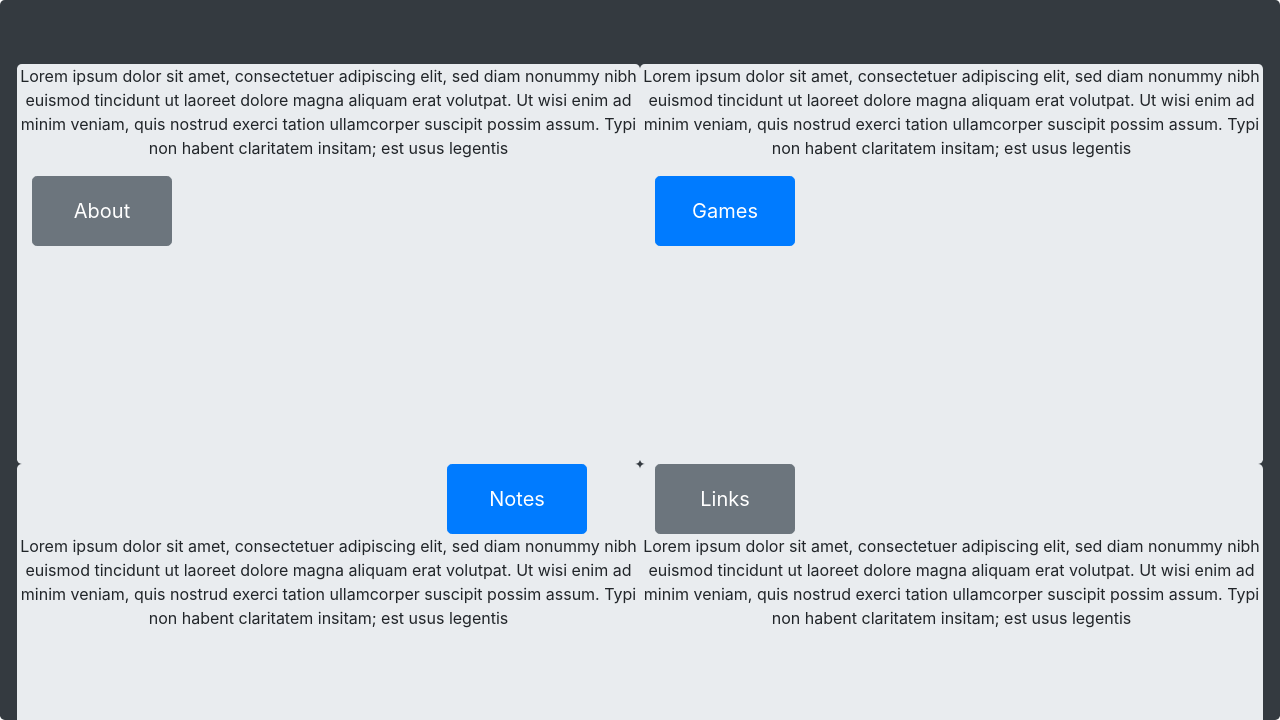
Repository: Kamicoda/Noteblock
Page: index.html
The author's editor kept a record of every edit. The page is drawn from the files as they stood at one moment, then again after the next edit.
The browser window is 1280 px wide. The pictures show the whole page.
Some web libraries are served in a nearby version.

Above is the page before.

### index.html
<!DOCTYPE html>
<html lang="en">

<head>
    <meta charset="UTF-8">
    <meta name="viewport" content="width=device-width, initial-scale=1.0">
    <meta http-equiv="X-UA-Compatible" content="ie=edge">
    <title>Document</title>

    <!--Jquery-->
    <script src="https://code.jquery.com/jquery-3.4.1.min.js" integrity="sha256-CSXorXvZcTkaix6Yvo6HppcZGetbYMGWSFlBw8HfCJo=" crossorigin="anonymous"></script>

    <!--Bootstrap-->
    <link rel="stylesheet" href="https://maxcdn.bootstrapcdn.com/bootstrap/4.2.1/css/bootstrap.min.css" type="text/css" />
    <link rel="stylesheet" href="https://cdnjs.cloudflare.com/ajax/libs/hover.css/2.3.1/css/hover-min.css" type="text/css" />
    <!--Css-->
    <link rel="stylesheet" href="assets/style/style.css" type="text/css" />
    <!--d3,dc,Queue-->
    <!-- <script type="text/javascript" src="static/js/d3.min.js"></script>
    <script type="text/javascript" src="static/js/crossfilter.min.js"></script>
    <script type="text/javascript" src="static/js/dc.min.js"></script>
    <script type="text/javascript" src="static/js/queue.min.js"></script> -->
    <!--Api's-->
    <!--Scripts-->
    <script src="https://kit.fontawesome.com/06adabaaa3.js"></script>
    <script type="text/javascript" src="assets/js/script1.js"></script>
</head>

<body>

    <!--navigation-->
    <div class="dark-background frontened">

    </div>
    <div class="jumbotron bg-dark position-fixed w-100 h-100">
        <div class="mainmenu">

            <div class="row navtoprow">

                <div class="col-6 about">
                    <div class="jumbotron cabout">

                        <div class="row">
                            <div class="col">
                                <p>Lorem ipsum dolor sit amet, consectetuer adipiscing elit, sed diam nonummy nibh euismod tincidunt ut laoreet dolore magna aliquam erat volutpat. Ut wisi enim ad minim veniam, quis nostrud exerci tation ullamcorper suscipit
                                    possim assum. Typi non habent claritatem insitam; est usus legentis
                                </p>
                                <div class="col align-bottom right">
                                    <button type="button" class="btn btn-secondary btn-lg babout content-end frontened">About</button>
                                </div>
                            </div>
                        </div>

                    </div>
                </div>

                <div class="col-6 games">

                    <div class="jumbotron cgames">
                        <div class="row">
                            <div class="col">
                                <p>Lorem ipsum dolor sit amet, consectetuer adipiscing elit, sed diam nonummy nibh euismod tincidunt ut laoreet dolore magna aliquam erat volutpat. Ut wisi enim ad minim veniam, quis nostrud exerci tation ullamcorper suscipit
                                    possim assum. Typi non habent claritatem insitam; est usus legentis
                                </p>
                                <div class="col">
                                    <button type="button" class="btn btn-primary btn-lg bgames frontened ">Games</button>
                                </div>
                            </div>
                        </div>
                    </div>

                </div>
            </div>

            <div class="row navbottomrow">

                <div class="col-6 notes">

                    <div class="jumbotron cnotes">
                        <div class="row">
                            <div class="col">
                                <div class="col">
                                    <button type="button" class="btn btn-primary btn-lg bnotes justify-content-end frontened">Notes</button>
                                </div>
                                <p>Lorem ipsum dolor sit amet, consectetuer adipiscing elit, sed diam nonummy nibh euismod tincidunt ut laoreet dolore magna aliquam erat volutpat. Ut wisi enim ad minim veniam, quis nostrud exerci tation ullamcorper suscipit
                                    possim assum. Typi non habent claritatem insitam; est usus legentis
                                </p>
                            </div>
                        </div>
                    </div>

                </div>

                <div class="col-6 links">

                    <div class="jumbotron clinks">
                        <div class="row">
                            <div class="col">
                                <div class="col">
                                    <button type="button" class="btn btn-secondary btn-lg blinks frontened">Links</button>
                                </div>
                                <p>Lorem ipsum dolor sit amet, consectetuer adipiscing elit, sed diam nonummy nibh euismod tincidunt ut laoreet dolore magna aliquam erat volutpat. Ut wisi enim ad minim veniam, quis nostrud exerci tation ullamcorper suscipit
                                    possim assum. Typi non habent claritatem insitam; est usus legentis
                                </p>
                            </div>
                        </div>
                    </div>

                </div>
            </div>
        </div>

    </div>

</body>
<footer>

</footer>

</html>

### assets/style/style.css
/* Palette URL: http://paletton.com/#uid=a3K0o0k6J95irOtlmmkmW6wBrbb */

/* Feel free to copy&paste color codes to your application */

/* As RGBa codes */

.rgba-primary-0 {
    color: rgba( 39, 42, 48, 1)
}

/* Main Primary color */

.rgba-primary-1 {
    color: rgba(107, 144, 222, 1)
}

.rgba-primary-2 {
    color: rgba( 48, 70, 119, 1)
}

.rgba-primary-3 {
    color: rgba( 12, 19, 35, 1)
}

.rgba-primary-4 {
    color: rgba( 5, 22, 59, 1)
}

.rgba-complement-0 {
    color: rgba( 72, 63, 57, 1)
}

/* Main Complement color */

.rgba-complement-1 {
    color: rgba(255, 166, 108, 1)
}

.rgba-complement-2 {
    color: rgba(178, 106, 59, 1)
}

.rgba-complement-3 {
    color: rgba( 52, 29, 15, 1)
}

.rgba-complement-4 {
    color: rgba( 89, 35, 0, 1)
}



/* Generated by Paletton.com © 2002-2014 */

/* http://paletton.com */

/*Colors*/

.bg-dark {
    background-color: rgb(39, 42, 48);
}

.bg-light {
    background-color: rgb(107, 144, 222);
}

/*background*/

.jumbotron {
    margin: 0;
    width: 100%;
}

.mainmenu {
    text-align: center;
    border-width: 500;
    border-height: 300;
    height: auto;
}

.about {
    padding: 0;
}

.games {
    padding: 0;
}

.notes {
    padding: 0;
}

.links {
    padding: 0;
}
.cabout {
    height: 400px;
    width: 100%;
    padding: 0;
}
.cgames {
    height: 400px;
    width: 100%;
    padding: 0;
}
.cnotes {
    height: 400px;
    width: 100%;
    padding: 0;
}
.clinks {
    height: 400px;
    width: 100%;
    padding: 0;
}
/*navigation*/

.buttons {
    margin-left: 500px;
    margin-top: 300px;
}

.babout {
    display: block;
    width: 140px;
    height: 70px;
}

.bgames {
    display: block;
    width: 140px;
    height: 70px;
}

.bnotes {
    display: block;
    width: 140px;
    height: 70px;
    margin-left:70%;
}

.blinks {
    display: block;
    width: 140px;
    height: 70px;
}

Loaded but not shown: assets/js/script1.js (no copy from this time; the picture is the same without it)

After the next edit:
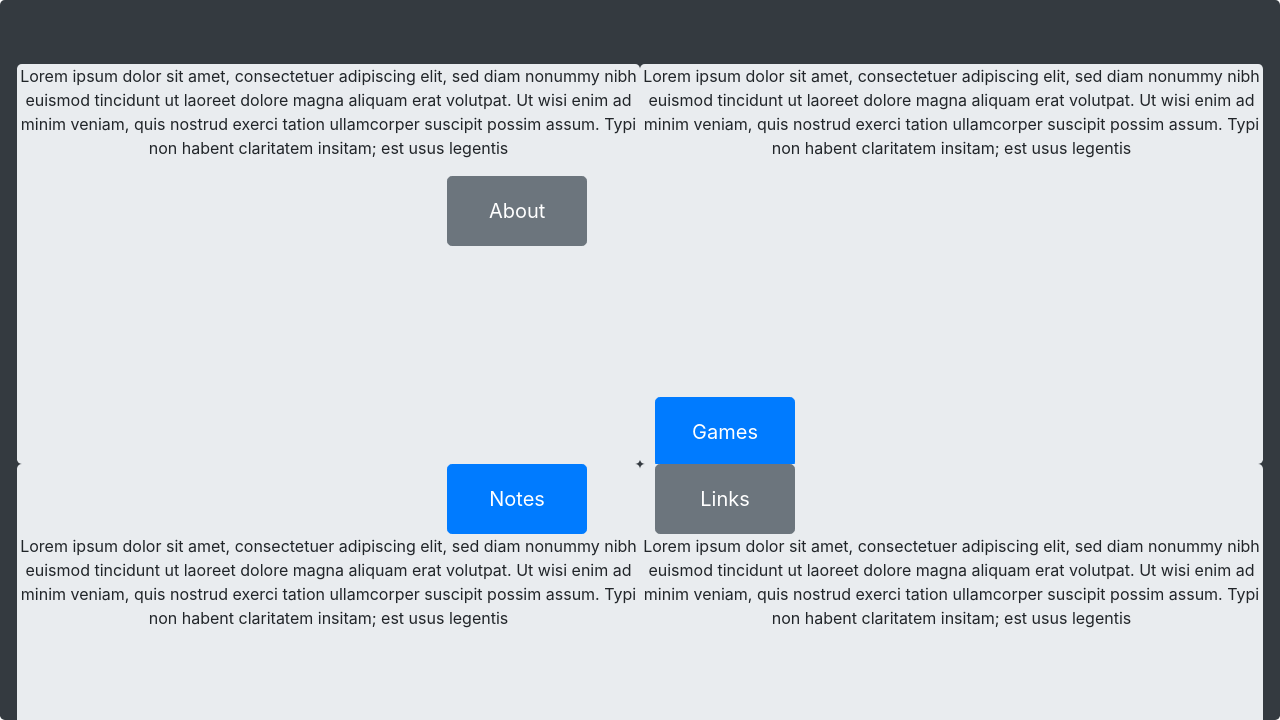
The edit:
--- a/assets/style/style.css
+++ b/assets/style/style.css
@@ -93,26 +93,31 @@
 .links {
     padding: 0;
 }
+
 .cabout {
     height: 400px;
     width: 100%;
     padding: 0;
 }
+
 .cgames {
     height: 400px;
     width: 100%;
     padding: 0;
 }
+
 .cnotes {
     height: 400px;
     width: 100%;
     padding: 0;
 }
+
 .clinks {
     height: 400px;
     width: 100%;
     padding: 0;
 }
+
 /*navigation*/
 
 .buttons {
@@ -124,19 +129,21 @@
     display: block;
     width: 140px;
     height: 70px;
+    margin-left: 70%;
 }
 
 .bgames {
     display: block;
     width: 140px;
     height: 70px;
+    margin-top: 40%;
 }
 
 .bnotes {
     display: block;
     width: 140px;
     height: 70px;
-    margin-left:70%;
+    margin-left: 70%;
 }
 
 .blinks {
